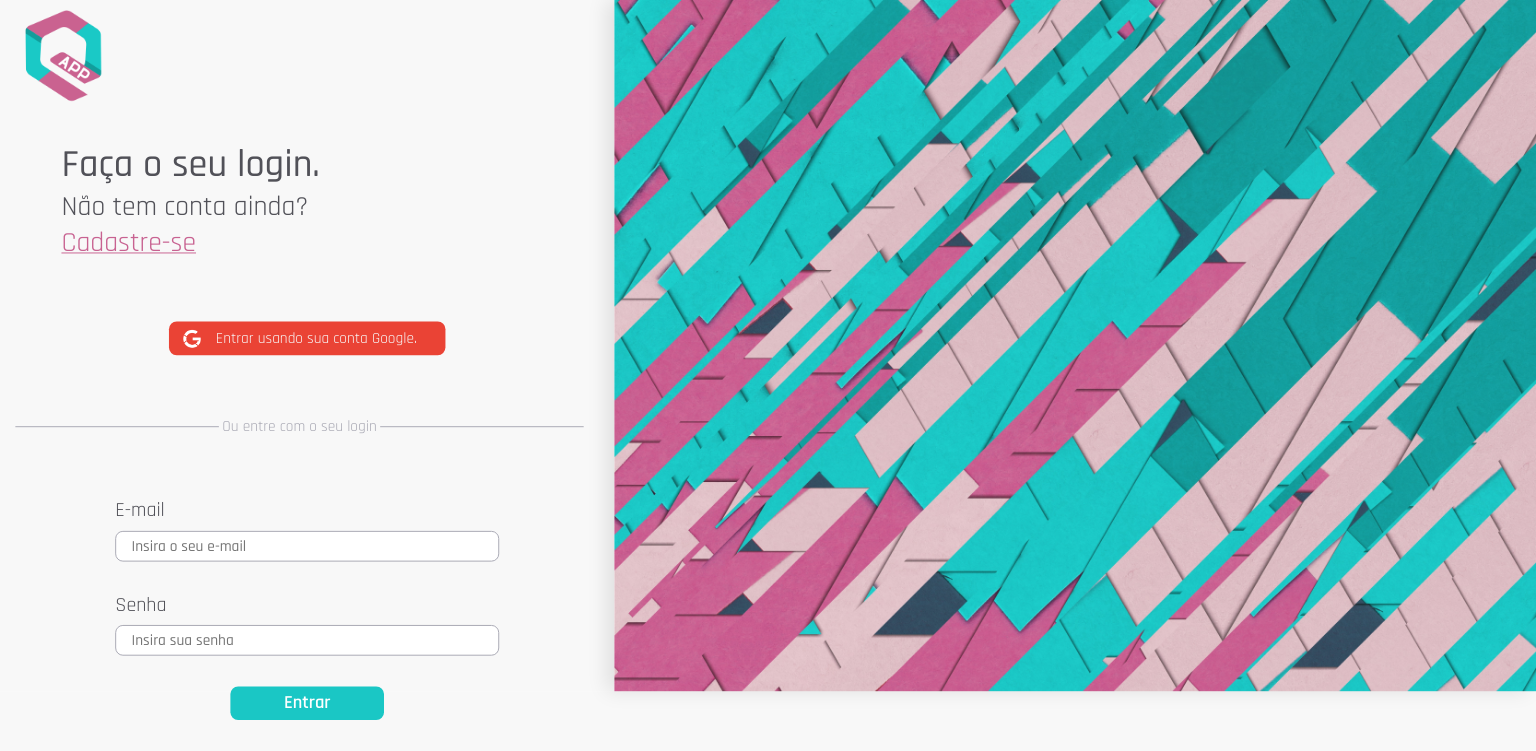
Repository: kika-cavalher/qapp-web
Page: /
These files come from the project's save history. The page is drawn as it stood at one moment and after the next save; the edit follows.
The browser window is 1280 px wide. The page is 1600 px wide, so the pictures cover 1600 px, including what lies to the right of the window. The pictures show the whole page, at 96% of full size.
The page's requests for data from a server got no answer. The project was rebuilt for these pictures with package versions that can differ from the ones it lists, and the page was loaded fresh each time. No one was signed in, and anything a server would have sent is missing. Also part of the build but not shown: src/pages/Register.tsx.

Above is the page before, as saved 2022-02-28 16:41:02.

After the next save:
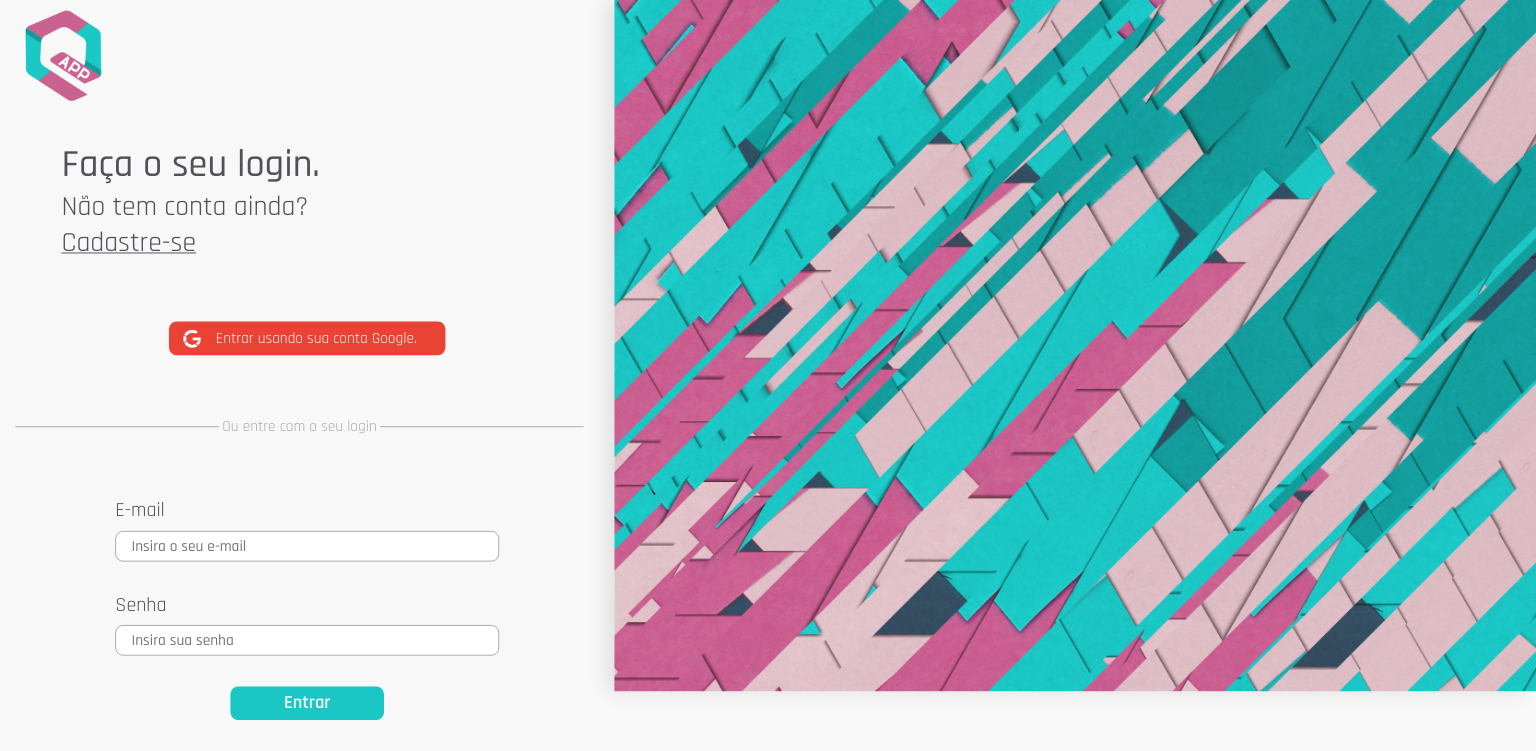
Saved 26 s later.
--- a/src/styles/pages/login.scss
+++ b/src/styles/pages/login.scss
@@ -94,7 +94,7 @@ main{
     }
 
     .page-login--main__link-register {
-        color: $dark-pink;
+        color: $dark-grey;
         cursor: pointer;
         font-weight: 400;
         text-decoration: underline 1px;
